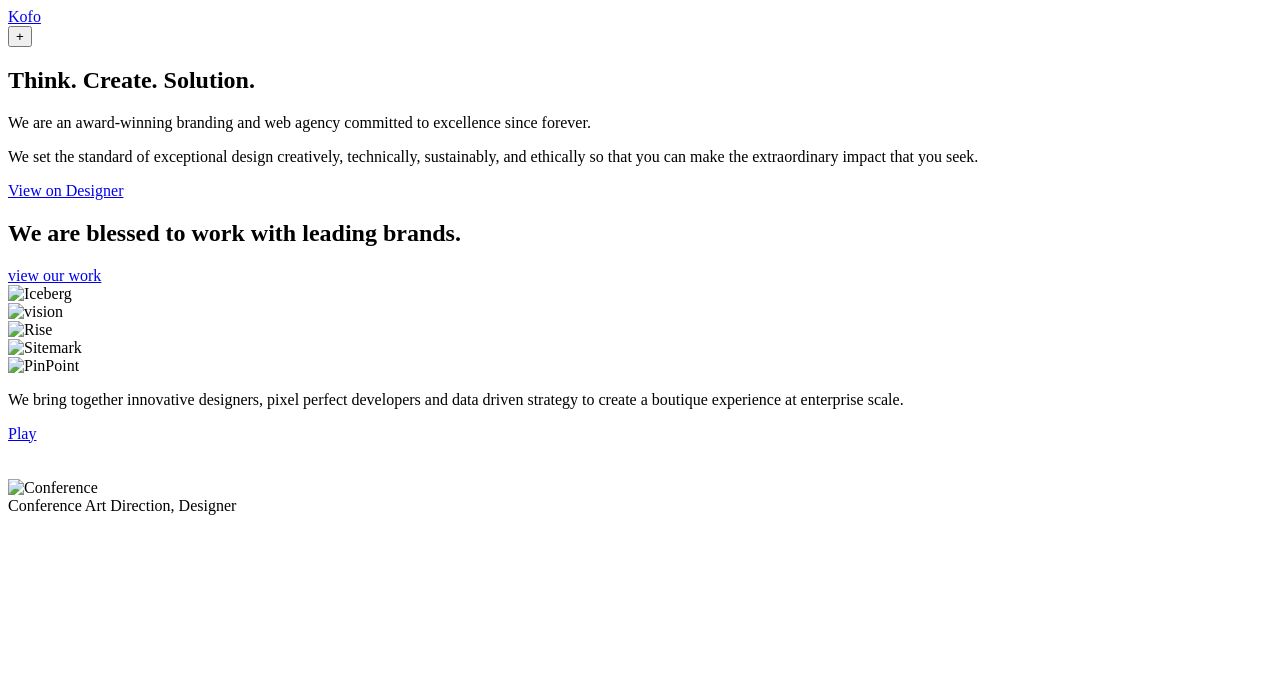
Repository: debthebuilder/kofo
Page: index.html
These files come from the project's save history. The page is drawn as it stood at one moment and after the next save; the edit follows.
The browser window is 1280 px wide. The pictures show the whole page.

Above is the page before, as saved 2022-10-13 11:40:30.

### index.html
<!DOCTYPE html>
<html lang="en">
<head>
    <meta charset="UTF-8">
    <meta http-equiv="X-UA-Compatible" content="IE=edge">
    <meta name="viewport" content="width=device-width, initial-scale=1.0">
    <title>Kofo - Webflow Portfolio template</title>
</head>
<body>
    <!--Fixed Top Navigation Bar-->
    <nav class="fixed-navbar">
        <a href="index.html" class="logo">Kofo</a>
        <div>
            <button>+</button>
        </div>
    </nav>
    <!--Hero Section-->
    <section class="hero">
        <div class="row">
            <div class="col">
                <h1>Think. <span>Create.</span> Solution.</h1>
            </div>
            <div class="col">
                <div>
                    <p>We are an award-winning branding and web agency committed to excellence since forever.</p>
                </div>
                <div>
                    <p>We set the standard of exceptional design creatively, technically, sustainably, and ethically so that you can make the extraordinary impact that you seek.</p>
                    <div>
                        <a href="#">View on Designer</a>
                        <span>
                            <img src="#" alt="" />
                        </span>
                    </div>
                </div>
            </div>
        </div>
    </section>
    <!--Partner Brands-->
    <section>
        <div>
            <h2>We are blessed to work with leading brands.</h2>
            <a href="#">view our work</a>
        </div>
        <div>
            <div class="partner-logo">
                <img src="#" alt="Iceberg" />
            </div>
            <div class="partner-logo">
                <img src="#" alt="vision" />
            </div>
            <div class="partner-logo">
                <img src="#" alt="Rise" />
            </div>
            <div class="partner-logo">
                <img src="#" alt="Sitemark" />
            </div>
            <div class="partner-logo">
                <img src="#" alt="PinPoint" />
            </div>
        </div>
    </section>
    <!--What we do-->
    <section class="about">
        <div class="row">
            <div class="col">
                <p>We bring together innovative designers, pixel perfect developers and data driven strategy to create a boutique experience at enterprise scale.</p>
                <div>
                    <a href="#">Play</a>
                    <div>
                        <img src="" alt="" />
                    </div>
                </div>
            </div>
            <div class="col">
                <div>
                    <img src="" alt="" />
                </div>
            </div>
        </div>
    </section>
    <!--Portfolio-->
    <section class="portfolio">
        <div class="grid">
            <div class="portfolio-item">
                <div class="">
                    <img src="" alt="Conference" />
                </div>
                <div class="absolute">
                    <div class="flex-items">
                        <span class="item-title">Conference</span>
                        <span class="item-tags">Art Direction, Designer</span>
                    </div>
                </div>
            </div>
        </div>
    </section>
    <!--Services-->
    <!--Testimonial-->
    <!--Fun Facts-->
    <!--Latest Blog Posts-->
    <!--Newsletter-->
    <!--Footer-->
</body>
</html>

After the next save:
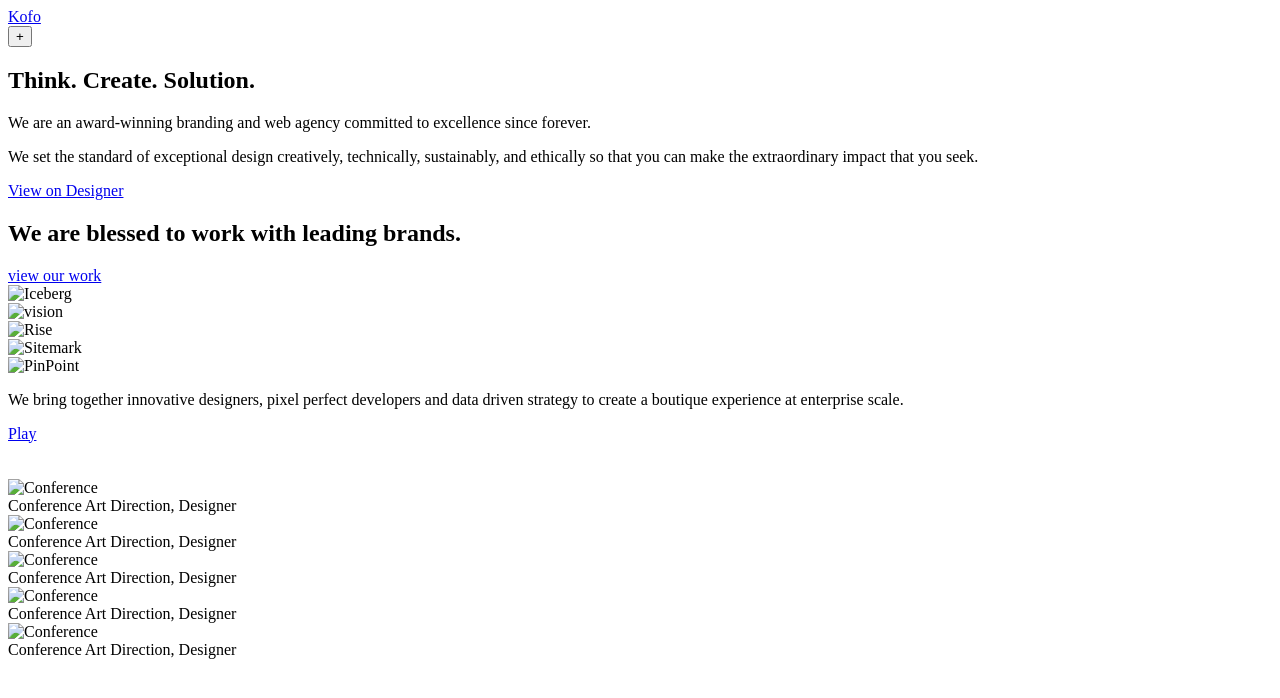
Saved 40 s later.
--- a/index.html
+++ b/index.html
@@ -93,6 +93,50 @@
                     </div>
                 </div>
             </div>
+            <div class="portfolio-item">
+                <div class="">
+                    <img src="" alt="Conference" />
+                </div>
+                <div class="absolute">
+                    <div class="flex-items">
+                        <span class="item-title">Conference</span>
+                        <span class="item-tags">Art Direction, Designer</span>
+                    </div>
+                </div>
+            </div>
+            <div class="portfolio-item">
+                <div class="">
+                    <img src="" alt="Conference" />
+                </div>
+                <div class="absolute">
+                    <div class="flex-items">
+                        <span class="item-title">Conference</span>
+                        <span class="item-tags">Art Direction, Designer</span>
+                    </div>
+                </div>
+            </div>
+            <div class="portfolio-item">
+                <div class="">
+                    <img src="" alt="Conference" />
+                </div>
+                <div class="absolute">
+                    <div class="flex-items">
+                        <span class="item-title">Conference</span>
+                        <span class="item-tags">Art Direction, Designer</span>
+                    </div>
+                </div>
+            </div>
+            <div class="portfolio-item">
+                <div class="">
+                    <img src="" alt="Conference" />
+                </div>
+                <div class="absolute">
+                    <div class="flex-items">
+                        <span class="item-title">Conference</span>
+                        <span class="item-tags">Art Direction, Designer</span>
+                    </div>
+                </div>
+            </div>
         </div>
     </section>
     <!--Services-->
